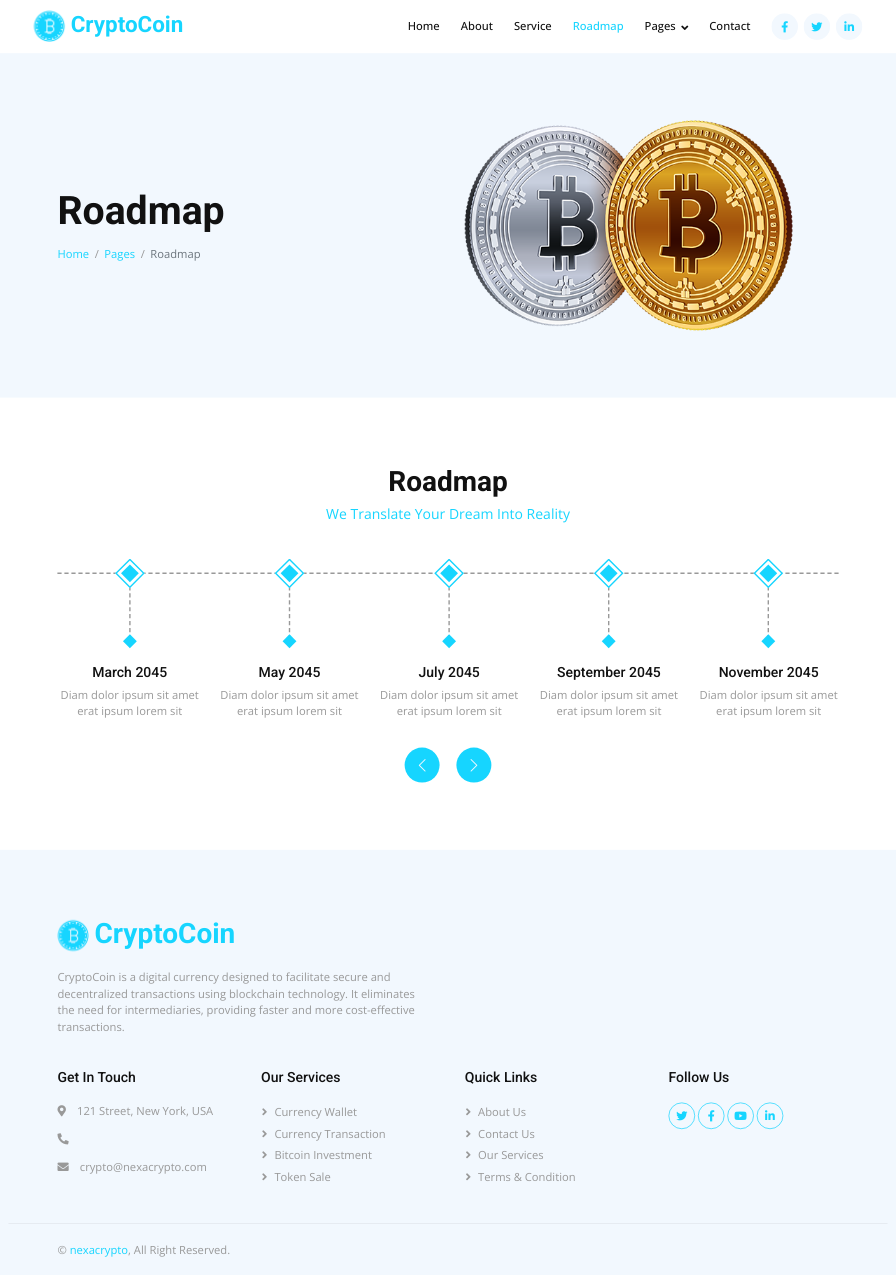
Repository: meenadabhii/nexacrypto
Page: roadmap.html
These files come from the project's save history. The page is drawn as it stood at one moment and after the next save; the edit follows.
The browser window is 1280 px wide. The pictures show the whole page, at 70% of full size.
Some web libraries are served in a nearby version.

Above is the page before, as saved 2025-03-21 17:08:28.

### roadmap.html
<!DOCTYPE html>
<html lang="en">

<head>
    <meta charset="utf-8">
    <title>CryptoCoin - Free Cryptocurrency Website Template</title>
    <meta content="width=device-width, initial-scale=1.0" name="viewport">
    <meta content="" name="keywords">
    <meta content="" name="description">

    <!-- Favicon -->
    <link href="img/favicon.ico" rel="icon">

    <!-- Google Web Fonts -->
    <link rel="preconnect" href="https://fonts.googleapis.com">
    <link rel="preconnect" href="https://fonts.gstatic.com" crossorigin>
    <link href="https://fonts.googleapis.com/css2?family=Open+Sans:wght@400;500&family=Roboto:wght@500;700&display=swap" rel="stylesheet">

    <!-- Icon Font Stylesheet -->
    <link href="https://cdnjs.cloudflare.com/ajax/libs/font-awesome/5.10.0/css/all.min.css" rel="stylesheet">
    <link href="https://cdn.jsdelivr.net/npm/bootstrap-icons@1.4.1/font/bootstrap-icons.css" rel="stylesheet">

    <!-- Libraries Stylesheet -->
    <link href="lib/animate/animate.min.css" rel="stylesheet">
    <link href="lib/owlcarousel/assets/owl.carousel.min.css" rel="stylesheet">

    <!-- Customized Bootstrap Stylesheet -->
    <link href="css/bootstrap.min.css" rel="stylesheet">

    <!-- Template Stylesheet -->
    <link href="css/style.css" rel="stylesheet">
</head>

<body>
    <!-- Spinner Start -->
    <div id="spinner" class="show bg-white position-fixed translate-middle w-100 vh-100 top-50 start-50 d-flex align-items-center justify-content-center">
        <div class="spinner-grow text-primary" role="status"></div>
    </div>
    <!-- Spinner End -->


    <!-- Navbar Start -->
    <nav class="navbar navbar-expand-lg bg-white navbar-light sticky-top p-0 px-4 px-lg-5">
        <a href="index.html" class="navbar-brand d-flex align-items-center">
            <h2 class="m-0 text-primary"><img class="img-fluid me-2" src="img/icon-1.png" alt="" style="width: 45px;">CryptoCoin</h2>
        </a>
        <button type="button" class="navbar-toggler" data-bs-toggle="collapse" data-bs-target="#navbarCollapse">
            <span class="navbar-toggler-icon"></span>
        </button>
        <div class="collapse navbar-collapse" id="navbarCollapse">
            <div class="navbar-nav ms-auto py-4 py-lg-0">
                <a href="index.html" class="nav-item nav-link">Home</a>
                <a href="about.html" class="nav-item nav-link">About</a>
                <a href="service.html" class="nav-item nav-link">Service</a>
                <a href="roadmap.html" class="nav-item nav-link active">Roadmap</a>
                <div class="nav-item dropdown">
                    <a href="#" class="nav-link dropdown-toggle" data-bs-toggle="dropdown">Pages</a>
                    <div class="dropdown-menu shadow-sm m-0">
                        <a href="feature.html" class="dropdown-item">Feature</a>
                        <a href="token.html" class="dropdown-item">Token Sale</a>
                        <a href="faq.html" class="dropdown-item">FAQs</a>
                        <a href="404.html" class="dropdown-item">404 Page</a>
                    </div>
                </div>
                <a href="contact.html" class="nav-item nav-link">Contact</a>
            </div>
            <div class="h-100 d-lg-inline-flex align-items-center d-none">
                <a class="btn btn-square rounded-circle bg-light text-primary me-2" href=""><i class="fab fa-facebook-f"></i></a>
                <a class="btn btn-square rounded-circle bg-light text-primary me-2" href=""><i class="fab fa-twitter"></i></a>
                <a class="btn btn-square rounded-circle bg-light text-primary me-0" href=""><i class="fab fa-linkedin-in"></i></a>
            </div>
        </div>
    </nav>
    <!-- Navbar End -->


    <!-- Header Start -->
    <div class="container-fluid hero-header bg-light py-5 mb-5">
        <div class="container py-5">
            <div class="row g-5 align-items-center">
                <div class="col-lg-6">
                    <h1 class="display-4 mb-3 animated slideInDown">Roadmap</h1>
                    <nav aria-label="breadcrumb animated slideInDown">
                        <ol class="breadcrumb mb-0">
                            <li class="breadcrumb-item"><a href="#">Home</a></li>
                            <li class="breadcrumb-item"><a href="#">Pages</a></li>
                            <li class="breadcrumb-item active" aria-current="page">Roadmap</li>
                        </ol>
                    </nav>
                </div>
                <div class="col-lg-6 animated fadeIn">
                    <img class="img-fluid animated pulse infinite" style="animation-duration: 3s;" src="img/hero-2.png" alt="">
                </div>
            </div>
        </div>
    </div>
    <!-- Header End -->


    <!-- Roadmap Start -->
    <div class="container-xxl py-5">
        <div class="container">
            <div class="text-center mx-auto wow fadeInUp" data-wow-delay="0.1s" style="max-width: 500px;">
                <h1 class="display-6">Roadmap</h1>
                <p class="text-primary fs-5 mb-5">We Translate Your Dream Into Reality</p>
            </div>
            <div class="owl-carousel roadmap-carousel wow fadeInUp" data-wow-delay="0.1s">
                <div class="roadmap-item">
                    <div class="roadmap-point"><span></span></div>
                    <h5>January 2045</h5>
                    <span>Diam dolor ipsum sit amet erat ipsum lorem sit</span>
                </div>
                <div class="roadmap-item">
                    <div class="roadmap-point"><span></span></div>
                    <h5>March 2045</h5>
                    <span>Diam dolor ipsum sit amet erat ipsum lorem sit</span>
                </div>
                <div class="roadmap-item">
                    <div class="roadmap-point"><span></span></div>
                    <h5>May 2045</h5>
                    <span>Diam dolor ipsum sit amet erat ipsum lorem sit</span>
                </div>
                <div class="roadmap-item">
                    <div class="roadmap-point"><span></span></div>
                    <h5>July 2045</h5>
                    <span>Diam dolor ipsum sit amet erat ipsum lorem sit</span>
                </div>
                <div class="roadmap-item">
                    <div class="roadmap-point"><span></span></div>
                    <h5>September 2045</h5>
                    <span>Diam dolor ipsum sit amet erat ipsum lorem sit</span>
                </div>
                <div class="roadmap-item">
                    <div class="roadmap-point"><span></span></div>
                    <h5>November 2045</h5>
                    <span>Diam dolor ipsum sit amet erat ipsum lorem sit</span>
                </div>
            </div>
        </div>
    </div>
    <!-- Roadmap End -->


    <!-- Footer Start -->
    <div class="container-fluid bg-light footer mt-5 pt-5 wow fadeIn" data-wow-delay="0.1s">
        <div class="container py-5">
            <div class="row g-5">
                <div class="col-md-6">
                    <h1 class="text-primary mb-4"><img class="img-fluid me-2" src="img/icon-1.png" alt="" style="width: 45px;">CryptoCoin</h1>
                    <span>CryptoCoin is a digital currency designed to facilitate secure and decentralized transactions using blockchain technology. It eliminates the need for intermediaries, providing faster and more cost-effective transactions.</span>
                </div>
                <div class="col-md-6">
                </div>
                <div class="col-lg-3 col-md-6">
                    <h5 class="mb-4">Get In Touch</h5>
                    <p><i class="fa fa-map-marker-alt me-3"></i>121 Street, New York, USA</p>
                    <p><i class="fa fa-phone-alt me-3"></i></p>
                    <p><i class="fa fa-envelope me-3"></i>crypto@nexacrypto.com</p>
                </div>
                <div class="col-lg-3 col-md-6">
                    <h5 class="mb-4">Our Services</h5>
                    <a class="btn btn-link" href="">Currency Wallet</a>
                    <a class="btn btn-link" href="">Currency Transaction</a>
                    <a class="btn btn-link" href="">Bitcoin Investment</a>
                    <a class="btn btn-link" href="">Token Sale</a>
                </div>
                <div class="col-lg-3 col-md-6">
                    <h5 class="mb-4">Quick Links</h5>
                    <a class="btn btn-link" href="">About Us</a>
                    <a class="btn btn-link" href="">Contact Us</a>
                    <a class="btn btn-link" href="">Our Services</a>
                    <a class="btn btn-link" href="">Terms & Condition</a>
                </div>
                <div class="col-lg-3 col-md-6">
                    <h5 class="mb-4">Follow Us</h5>
                    <div class="d-flex">
                        <a class="btn btn-square rounded-circle me-1" href=""><i class="fab fa-twitter"></i></a>
                        <a class="btn btn-square rounded-circle me-1" href=""><i class="fab fa-facebook-f"></i></a>
                        <a class="btn btn-square rounded-circle me-1" href=""><i class="fab fa-youtube"></i></a>
                        <a class="btn btn-square rounded-circle me-1" href=""><i class="fab fa-linkedin-in"></i></a>
                    </div>
                </div>
            </div>
        </div>
        <div class="container-fluid copyright">
            <div class="container">
                <div class="row">
                    <div class="col-md-6 text-center text-md-start mb-3 mb-md-0">
                        &copy; <a href="#">nexacrypto</a>, All Right Reserved.
                    </div>

                </div>
            </div>
        </div>
    </div>
    <!-- Footer End -->


    <!-- Back to Top -->
    <a href="#" class="btn btn-lg btn-primary btn-lg-square rounded-circle back-to-top"><i class="bi bi-arrow-up"></i></a>


    <!-- JavaScript Libraries -->
    <script src="https://code.jquery.com/jquery-3.4.1.min.js"></script>
    <script src="https://cdn.jsdelivr.net/npm/bootstrap@5.0.0/dist/js/bootstrap.bundle.min.js"></script>
    <script src="lib/wow/wow.min.js"></script>
    <script src="lib/easing/easing.min.js"></script>
    <script src="lib/waypoints/waypoints.min.js"></script>
    <script src="lib/owlcarousel/owl.carousel.min.js"></script>
    <script src="lib/counterup/counterup.min.js"></script>

    <!-- Template Javascript -->
    <script src="js/main.js"></script>
</body>

</html>

### css/style.css
/********** Template CSS **********/
:root {
    --primary: #16D5FF;
    --secondary: #999999;
    --light: #F2F8FE;
    --dark: #111111;
}

.back-to-top {
    position: fixed;
    display: none;
    right: 30px;
    bottom: 60px;
    z-index: 99;
}

h4,
h5,
h6,
.h4,
.h5,
.h6 {
    font-weight: 500 !important;
}


/*** Spinner ***/
#spinner {
    opacity: 0;
    visibility: hidden;
    transition: opacity .5s ease-out, visibility 0s linear .5s;
    z-index: 99999;
}

#spinner.show {
    transition: opacity .5s ease-out, visibility 0s linear 0s;
    visibility: visible;
    opacity: 1;
}


/*** Button ***/
.btn {
    font-weight: 500;
    transition: .5s;
}

.btn.btn-primary {
    color: #FFFFFF;
}

.btn-square {
    width: 38px;
    height: 38px;
}

.btn-sm-square {
    width: 32px;
    height: 32px;
}

.btn-lg-square {
    width: 48px;
    height: 48px;
}

.btn-square,
.btn-sm-square,
.btn-lg-square {
    padding: 0;
    display: flex;
    align-items: center;
    justify-content: center;
    font-weight: normal;
}


/*** Navbar ***/
.navbar.sticky-top {
    top: -100px;
    transition: .5s;
}

.navbar .navbar-brand {
    height: 75px;
}

.navbar .navbar-nav .nav-link {
    margin-right: 30px;
    padding: 25px 0;
    color: var(--dark);
    font-weight: 500;
    outline: none;
}

.navbar .navbar-nav .nav-link:hover,
.navbar .navbar-nav .nav-link.active {
    color: var(--primary);
}

.navbar .dropdown-toggle::after {
    border: none;
    content: "\f107";
    font-family: "Font Awesome 5 Free";
    font-weight: 900;
    vertical-align: middle;
    margin-left: 8px;
}

@media (max-width: 991.98px) {
    .navbar .navbar-nav .nav-link  {
        margin-right: 0;
        padding: 10px 0;
    }

    .navbar .navbar-nav {
        border-top: 1px solid #EEEEEE;
    }
}

@media (min-width: 992px) {
    .navbar .nav-item .dropdown-menu {
        display: block;
        border: none;
        margin-top: 0;
        top: 150%;
        opacity: 0;
        visibility: hidden;
        transition: .5s;
    }

    .navbar .nav-item:hover .dropdown-menu {
        top: 100%;
        visibility: visible;
        transition: .5s;
        opacity: 1;
    }
}

.navbar .btn:hover {
    color: #FFFFFF !important;
    background: var(--primary) !important;
}


/*** Header ***/
.hero-header .breadcrumb-item+.breadcrumb-item::before {
    color: var(--secondary);
}


/*** Service ***/
.service-item {
    position: relative;
    overflow: hidden;
}

.service-item::after {
    position: absolute;
    content: "";
    width: 0;
    height: 0;
    top: -80px;
    right: -80px;
    border: 80px solid;
    transform: rotate(45deg);
    opacity: 1;
    transition: .5s;
}

.service-item.bg-white::after {
    border-color: transparent transparent var(--light) transparent;
}

.service-item.bg-light::after {
    border-color: transparent transparent #FFFFFF transparent;
}

.service-item:hover::after {
    opacity: 0;
}


/*** Roadmap ***/
.roadmap-carousel {
    position: relative;
}

.roadmap-carousel::before {
    position: absolute;
    content: "";
    height: 0;
    width: 100%;
    top: 20px;
    left: 0;
    border-top: 2px dashed var(--secondary);
}

.roadmap-carousel .roadmap-item .roadmap-point {
    position: absolute;
    width: 30px;
    height: 30px;
    top: 6px;
    left: 50%;
    margin-left: -15px;
    background: #FFFFFF;
    border: 2px solid var(--primary);
    transform: rotate(45deg);
    display: flex;
    align-items: center;
    justify-content: center;
}

.roadmap-carousel .roadmap-item .roadmap-point span {
    display: block;
    width: 18px;
    height: 18px;
    background: var(--primary);
}

.roadmap-carousel .roadmap-item {
    position: relative;
    padding-top: 150px;
    text-align: center;
}

.roadmap-carousel .roadmap-item::before {
    position: absolute;
    content: "";
    width: 0;
    height: 115px;
    top: 0;
    left: 50%;
    transform: translateX(-50%);
    border-right: 2px dashed var(--secondary);
}

.roadmap-carousel .roadmap-item::after {
    position: absolute;
    content: "";
    width: 14px;
    height: 14px;
    top: 111px;
    left: 50%;
    margin-left: -7px;
    transform: rotate(45deg);
    background: var(--primary);
}

.roadmap-carousel .owl-nav {
    margin-top: 40px;
    display: flex;
    justify-content: center;
}

.roadmap-carousel .owl-nav .owl-prev,
.roadmap-carousel .owl-nav .owl-next {
    margin: 0 12px;
    width: 50px;
    height: 50px;
    display: flex;
    align-items: center;
    justify-content: center;
    border-radius: 50px;
    font-size: 22px;
    color: var(--light);
    background: var(--primary);
    transition: .5s;
}

.roadmap-carousel .owl-nav .owl-prev:hover,
.roadmap-carousel .owl-nav .owl-next:hover {
    color: var(--primary);
    background: var(--dark);
}


/*** FAQs ***/
.accordion .accordion-item {
    border: none;
    margin-bottom: 15px;
}

.accordion .accordion-button {
    background: var(--light);
    border-radius: 2px;
}

.accordion .accordion-button:not(.collapsed) {
    color: #FFFFFF;
    background: var(--primary);
    box-shadow: none;
}

.accordion .accordion-button:not(.collapsed)::after {
    background-image: url("data:[embedded picture, 261 characters]");
}

.accordion .accordion-body {
    padding: 15px 0 0 0;
}


/*** Footer ***/
.footer .btn.btn-link {
    display: block;
    margin-bottom: 5px;
    padding: 0;
    text-align: left;
    color: var(--secondary);
    font-weight: normal;
    text-transform: capitalize;
    transition: .3s;
}

.footer .btn.btn-link::before {
    position: relative;
    content: "\f105";
    font-family: "Font Awesome 5 Free";
    font-weight: 900;
    color: var(--secondary);
    margin-right: 10px;
}

.footer .btn.btn-link:hover {
    color: var(--primary);
    letter-spacing: 1px;
    box-shadow: none;
}

.footer .btn.btn-square {
    color: var(--primary);
    border: 1px solid var(--primary);
}

.footer .btn.btn-square:hover {
    color: #FFFFFF;
    background: var(--primary);
}

.footer .copyright {
    padding: 25px 0;
    border-top: 1px solid rgba(17, 17, 17, .1);
}

.footer .copyright a {
    color: var(--primary);
}

.footer .copyright a:hover {
    color: var(--dark);
}

### js/main.js
(function ($) {
    "use strict";

    // Spinner
    var spinner = function () {
        setTimeout(function () {
            if ($('#spinner').length > 0) {
                $('#spinner').removeClass('show');
            }
        }, 1);
    };
    spinner();


    // Initiate the wowjs
    new WOW().init();


    // Sticky Navbar
    $(window).scroll(function () {
        if ($(this).scrollTop() > 300) {
            $('.sticky-top').addClass('shadow-sm').css('top', '0px');
        } else {
            $('.sticky-top').removeClass('shadow-sm').css('top', '-100px');
        }
    });


    // Back to top button
    $(window).scroll(function () {
        if ($(this).scrollTop() > 300) {
            $('.back-to-top').fadeIn('slow');
        } else {
            $('.back-to-top').fadeOut('slow');
        }
    });
    $('.back-to-top').click(function () {
        $('html, body').animate({scrollTop: 0}, 1500, 'easeInOutExpo');
        return false;
    });


    // Facts counter
    $('[data-toggle="counter-up"]').counterUp({
        delay: 10,
        time: 2000
    });


    // Roadmap carousel
    $(".roadmap-carousel").owlCarousel({
        autoplay: true,
        smartSpeed: 1000,
        margin: 25,
        loop: true,
        dots: false,
        nav: true,
        navText : [
            '<i class="bi bi-chevron-left"></i>',
            '<i class="bi bi-chevron-right"></i>'
        ],
        responsive: {
            0:{
                items:1
            },
            576:{
                items:2
            },
            768:{
                items:3
            },
            992:{
                items:4
            },
            1200:{
                items:5
            }
        }
    });


    // Testimonials carousel
    $(".testimonial-carousel").owlCarousel({
        autoplay: true,
        smartSpeed: 1000,
        margin: 25,
        loop: true,
        center: true,
        dots: false,
        nav: true,
        navText : [
            '<i class="bi bi-chevron-left"></i>',
            '<i class="bi bi-chevron-right"></i>'
        ],
        responsive: {
            0:{
                items:1
            },
            768:{
                items:2
            },
            992:{
                items:3
            }
        }
    });


})(jQuery);

Loaded but not shown: lib/animate/animate.min.css (library); lib/owlcarousel/assets/owl.carousel.min.css (common file); css/bootstrap.min.css (library); lib/wow/wow.min.js (library); lib/easing/easing.min.js (common file); lib/waypoints/waypoints.min.js (library); lib/owlcarousel/owl.carousel.min.js (library); lib/counterup/counterup.min.js (common file)

After the next save:
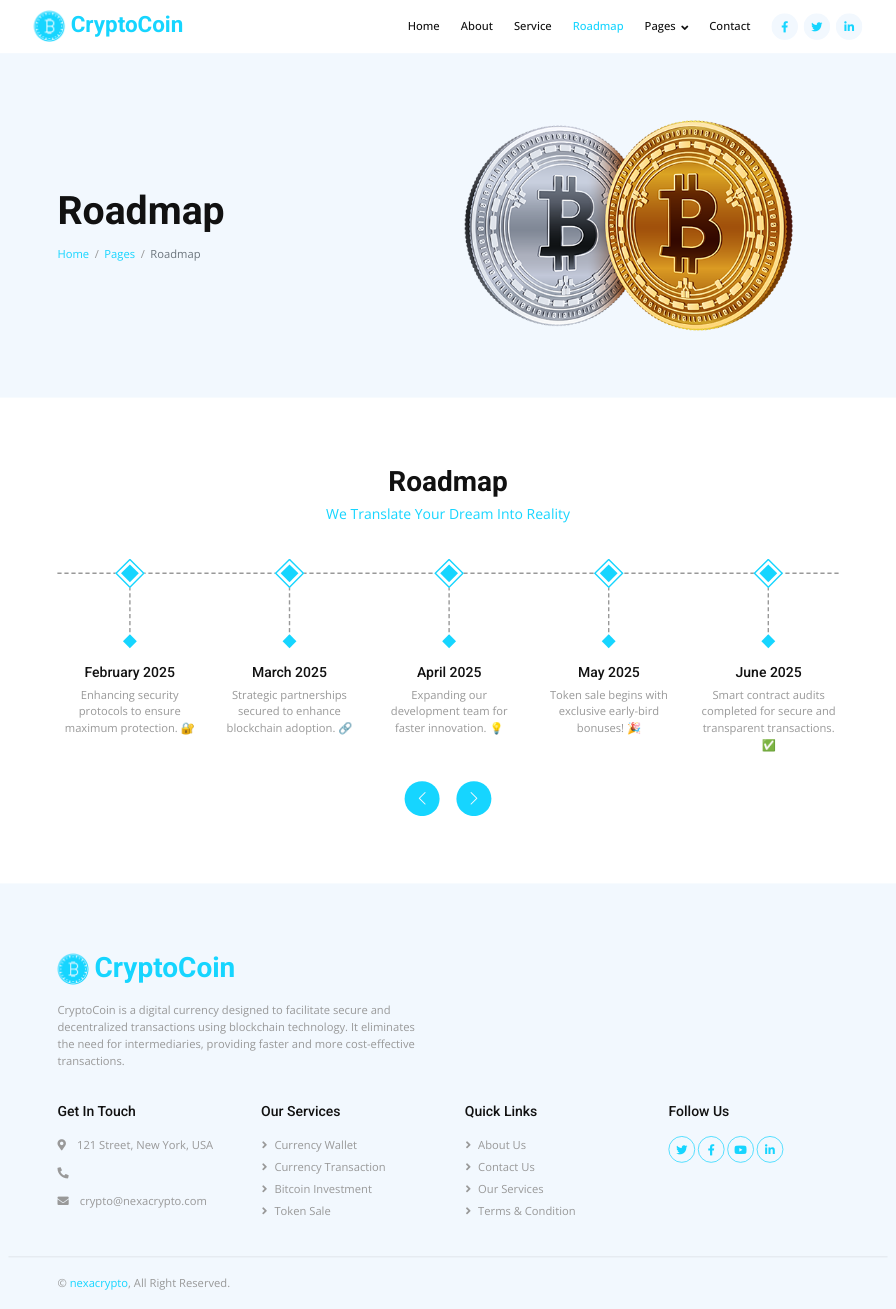
Saved 52 s later.
--- a/roadmap.html
+++ b/roadmap.html
@@ -107,33 +107,43 @@
             <div class="owl-carousel roadmap-carousel wow fadeInUp" data-wow-delay="0.1s">
                 <div class="roadmap-item">
                     <div class="roadmap-point"><span></span></div>
-                    <h5>January 2045</h5>
-                    <span>Diam dolor ipsum sit amet erat ipsum lorem sit</span>
-                </div>
-                <div class="roadmap-item">
-                    <div class="roadmap-point"><span></span></div>
-                    <h5>March 2045</h5>
-                    <span>Diam dolor ipsum sit amet erat ipsum lorem sit</span>
-                </div>
-                <div class="roadmap-item">
-                    <div class="roadmap-point"><span></span></div>
-                    <h5>May 2045</h5>
-                    <span>Diam dolor ipsum sit amet erat ipsum lorem sit</span>
-                </div>
-                <div class="roadmap-item">
-                    <div class="roadmap-point"><span></span></div>
-                    <h5>July 2045</h5>
-                    <span>Diam dolor ipsum sit amet erat ipsum lorem sit</span>
-                </div>
-                <div class="roadmap-item">
-                    <div class="roadmap-point"><span></span></div>
-                    <h5>September 2045</h5>
-                    <span>Diam dolor ipsum sit amet erat ipsum lorem sit</span>
-                </div>
-                <div class="roadmap-item">
-                    <div class="roadmap-point"><span></span></div>
-                    <h5>November 2045</h5>
-                    <span>Diam dolor ipsum sit amet erat ipsum lorem sit</span>
+                    <h5>January 2025</h5>
+                    <span>Kickstarting the year with the launch of our innovative crypto ecosystem. 🚀</span>
+                </div>
+                <div class="roadmap-item">
+                    <div class="roadmap-point"><span></span></div>
+                    <h5>February 2025</h5>
+                    <span>Enhancing security protocols to ensure maximum protection. 🔐</span>
+                </div>
+                <div class="roadmap-item">
+                    <div class="roadmap-point"><span></span></div>
+                    <h5>March 2025 </h5>
+                    <span> Strategic partnerships secured to enhance blockchain adoption. 🔗</span>
+                </div>
+                <div class="roadmap-item">
+                    <div class="roadmap-point"><span></span></div>
+                    <h5>April 2025</h5>
+                    <span> Expanding our development team for faster innovation. 💡</span>
+                </div>
+                <div class="roadmap-item">
+                    <div class="roadmap-point"><span></span></div>
+                    <h5>May 2025</h5>
+                    <span>Token sale begins with exclusive early-bird bonuses! 🎉</span>
+                </div>
+                <div class="roadmap-item">
+                    <div class="roadmap-point"><span></span></div>
+                    <h5>June 2025 </h5>
+                    <span> Smart contract audits completed for secure and transparent transactions. ✅</span>
+                </div>
+                <div class="roadmap-item">
+                    <div class="roadmap-point"><span></span></div>
+                    <h5>October 2025 </h5>
+                    <span>Launching staking and reward programs for token holders. 🎁</span>
+                </div>
+                <div class="roadmap-item">
+                    <div class="roadmap-point"><span></span></div>
+                    <h5>December 2025 </h5>
+                    <span>Expanding global reach with new listings and collaborations. 🌍</span>
                 </div>
             </div>
         </div>
